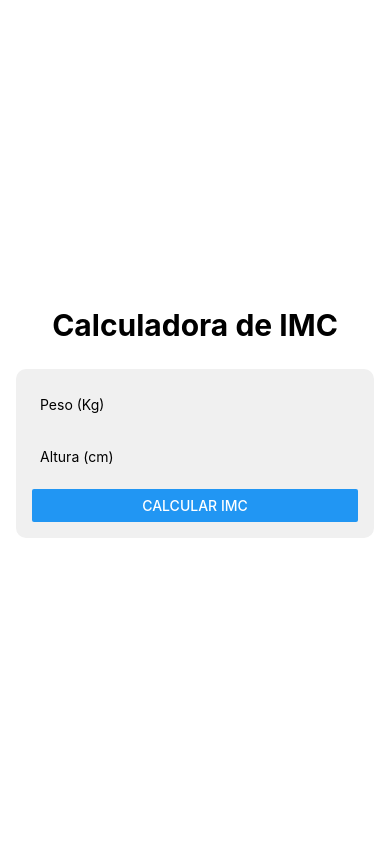
Repository: GustaPit/CalculadoraIMCpam
Screen: /
These files come from the project's save history. The screen is drawn as it stood at one moment and after the next save; the edit follows.
The app was drawn by React Native's web renderer in a window 390 px wide. The project was rebuilt for these pictures with package versions that can differ from the ones it lists, and the page was loaded fresh each time. Some packages were replaced by stand-ins written for this rebuild. Also part of the build but not shown: src/components/Result.js.

Above is the screen before, as saved 2025-04-04 11:56:39.

After the next save:
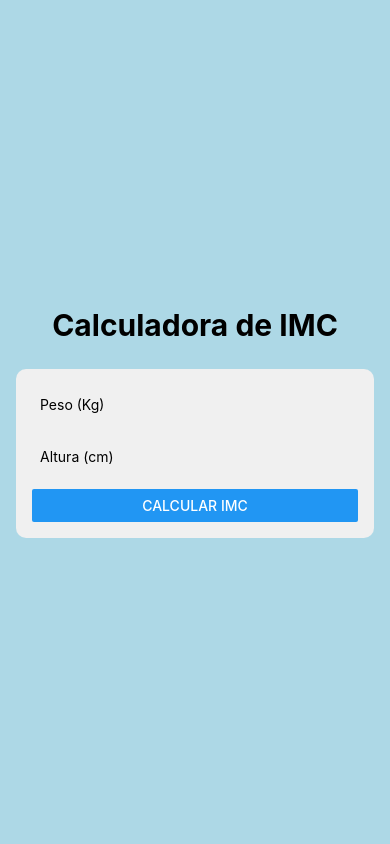
Saved 83 s later.
--- a/App.js
+++ b/App.js
@@ -14,7 +14,7 @@ export default function App() {
 const styles = StyleSheet.create({
   container: {
     flex: 1,
-    backgroundColor: '#fff',
+    backgroundColor: '#ADD8E6',
     padding: 16,
     justifyContent: 'center',
   },
